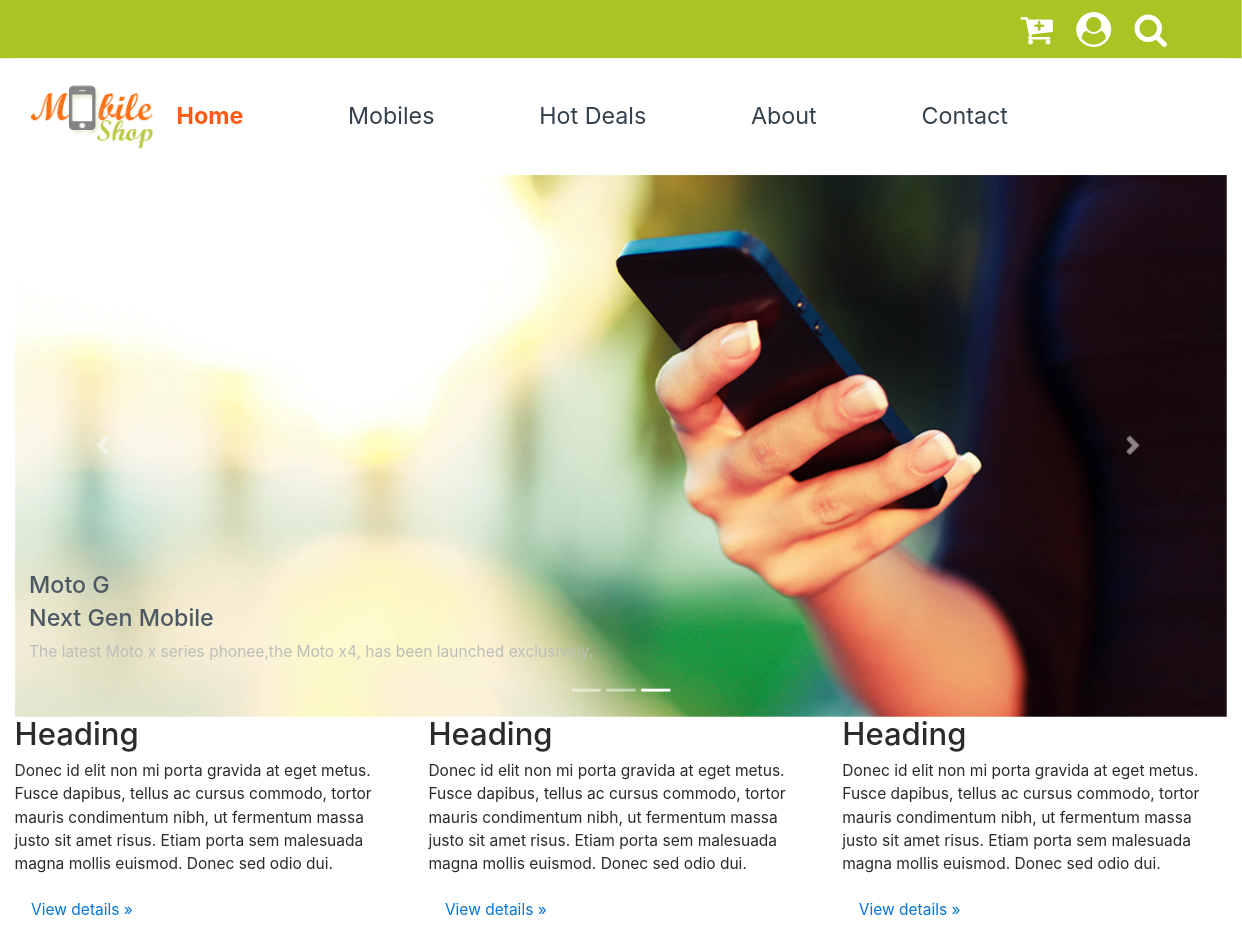
Repository: rajmohanr/mobile
Page: index.html
The author's editor kept a copy of each file at every save. The page is drawn from the files as they stood at one save, then again after the next save.
The browser window is 1280 px wide. The pictures show the whole page, at 97% of full size.

Above is the page before, as saved 2018-03-31 12:36:34.
Console error (its wording comes from the project's code and is left out).

### index.html
<!DOCTYPE html>
<html lang="en">
  <head>
    <meta charset="utf-8">
    <meta http-equiv="X-UA-Compatible" content="IE=edge">
    <meta name="viewport" content="width=device-width, initial-scale=1">

    <title>Bootstrap 4, from LayoutIt!</title>

    <meta name="description" content="Source code generated using layoutit.com">
    <meta name="author" content="LayoutIt!">

    <link href="css/bootstrap.min.css" rel="stylesheet">
	<link href="css/style.css" rel="stylesheet">
	<link rel="stylesheet" href="https://cdnjs.cloudflare.com/ajax/libs/font-awesome/4.7.0/css/font-awesome.min.css">

  </head>
  <body>

    <div class="container-fluid">
	<div class="row">
		<div class="col-md-12">
			<div class="row">
				<div class="col-md-12 top-bar">
					<a href="#" class="top-bar-icons last-icon"><i class="fa fa-search"  style="font-size:36px;color:white;"></i></a>
					<a href="#" class="top-bar-icons"><i class="fa fa-user-circle"  style="font-size:36px;color:white;"></i></a>
					<a href="#" class="top-bar-icons"><i class="fa fa-cart-plus"  style="font-size:36px;color:white;"></i></a>
				</div>
			</div>
			<nav class="navbar navbar-toggleable-md navbar-light bg-faded">

				<button class="navbar-toggler navbar-toggler-right" type="button" data-toggle="collapse" data-target="#bs-example-navbar-collapse-1">
					<span class="navbar-toggler-icon"></span>
				</button> <a class="navbar-brand" href="#"><img src="images/logo.png" /></a>
				<div class="collapse navbar-collapse" id="bs-example-navbar-collapse-1">
					<ul class="navbar-nav float-md-right">
						<li class="nav-item active">
							 <a class="nav-link" href="#">Home <span class="sr-only">(current)</span></a>
						</li>
						<li class="nav-item">
							 <a class="nav-link" href="#">Mobiles</a>
						</li>
						<li class="nav-item">
								<a class="nav-link" href="#">Hot Deals</a>
						</li>
						<li class="nav-item">
								<a class="nav-link" href="#">About</a>
						</li>
						<li class="nav-item">
								<a class="nav-link" href="#">Contact</a>
						</li>
					</ul>
				</div>
			</nav>

			<div class="row">
				<div class="col-md-12">
					<div class="carousel slide" id="carousel-452932">
						<ol class="carousel-indicators">
							<li data-slide-to="0" data-target="#carousel-452932">
							</li>
							<li data-slide-to="1" data-target="#carousel-452932">
							</li>
							<li data-slide-to="2" data-target="#carousel-452932" class="active">
							</li>
						</ol>
						<div class="carousel-inner">
							<div class="carousel-item">
								<img class="d-block w-100" alt="Carousel Bootstrap First" src="images/carosuel.png" />
								<div class="carousel-caption">
									<h4>
										Moto G
									</h4>
									<h4>
										Next Gen Mobile
									</h4>
									<p>
										The latest Moto x series phonee,the Moto x4, has been launched exclusively.
									</p>
								</div>
							</div>
							<div class="carousel-item">
								<img class="d-block w-100" alt="Carousel Bootstrap Second" src="images/carosuel.png" />
								<div class="carousel-caption">
									<h4>
										Moto G
									</h4>
									<h4>
										Next Gen Mobile
									</h4>
									<p>
										The latest Moto x series phonee,the Moto x4, has been launched exclusively.
									</p>
								</div>
							</div>
							<div class="carousel-item active">
								<img class="d-block w-100" alt="Carousel Bootstrap Third" src="images/carosuel.png" />
								<div class="carousel-caption">
									<h4>
										Moto G
									</h4>
									<h4>
										Next Gen Mobile
									</h4>
									<p>
										The latest Moto x series phonee,the Moto x4, has been launched exclusively.
									</p>
								</div>
							</div>
						</div> <a class="carousel-control-prev" href="#carousel-452932" data-slide="prev"><span class="carousel-control-prev-icon"></span> <span class="sr-only">Previous</span></a> <a class="carousel-control-next" href="#carousel-452932" data-slide="next"><span class="carousel-control-next-icon"></span> <span class="sr-only">Next</span></a>
					</div>
				</div>
			</div>

		</div>
	</div>
	<div class="row">
		<div class="col-md-4">
			<h2>
				Heading
			</h2>
			<p>
				Donec id elit non mi porta gravida at eget metus. Fusce dapibus, tellus ac cursus commodo, tortor mauris condimentum nibh, ut fermentum massa justo sit amet risus. Etiam porta sem malesuada magna mollis euismod. Donec sed odio dui.
			</p>
			<p>
				<a class="btn" href="#">View details »</a>
			</p>
		</div>
		<div class="col-md-4">
			<h2>
				Heading
			</h2>
			<p>
				Donec id elit non mi porta gravida at eget metus. Fusce dapibus, tellus ac cursus commodo, tortor mauris condimentum nibh, ut fermentum massa justo sit amet risus. Etiam porta sem malesuada magna mollis euismod. Donec sed odio dui.
			</p>
			<p>
				<a class="btn" href="#">View details »</a>
			</p>
		</div>
		<div class="col-md-4">
			<h2>
				Heading
			</h2>
			<p>
				Donec id elit non mi porta gravida at eget metus. Fusce dapibus, tellus ac cursus commodo, tortor mauris condimentum nibh, ut fermentum massa justo sit amet risus. Etiam porta sem malesuada magna mollis euismod. Donec sed odio dui.
			</p>
			<p>
				<a class="btn" href="#">View details »</a>
			</p>
		</div>
	</div>
	<div class="row">
		<div class="col-md-12">
		</div>
	</div>
</div>

    <script src="js/jquery.min.js"></script>
    <script src="js/bootstrap.min.js"></script>
    <script src="js/scripts.js"></script>
  </body>
</html>

### css/style.css
.top-bar{
    height: 60px;
    background-color: #acc324;
}

.top-bar-icons{
    float: right;
    padding: 12px;
    position: relative;
}

.last-icon{
    margin-right: 50px;
}

.navbar{
    height: 120px;
    background-color: #fff;
}

.navbar-light .navbar-nav .active>.nav-link, .navbar-light .navbar-nav .nav-link.active, .navbar-light .navbar-nav .nav-link.open, .navbar-light .navbar-nav .open>.nav-link{
    color: #ff5912!important;
    font-weight: bold;
    font-size: 24px;
}

.navbar-nav .nav-link{
    padding-right: 100px!important;
}

.navbar-light .navbar-nav .nav-link{
    color: #34404b!important;
    font-size: 24px;
}

.carousel-caption{
    text-align: left!important;
    left: 15px!important;
}

.carousel-caption h4{
    color: #ff5912!important;
}

.carousel-caption h4{
    color: #4C5963!important;
}

.carousel-caption p{
    color: #BBBEB8!important;
}

Loaded but not shown: css/bootstrap.min.css (library); js/jquery.min.js (library); js/bootstrap.min.js (library); js/scripts.js (common file)

After the next save:
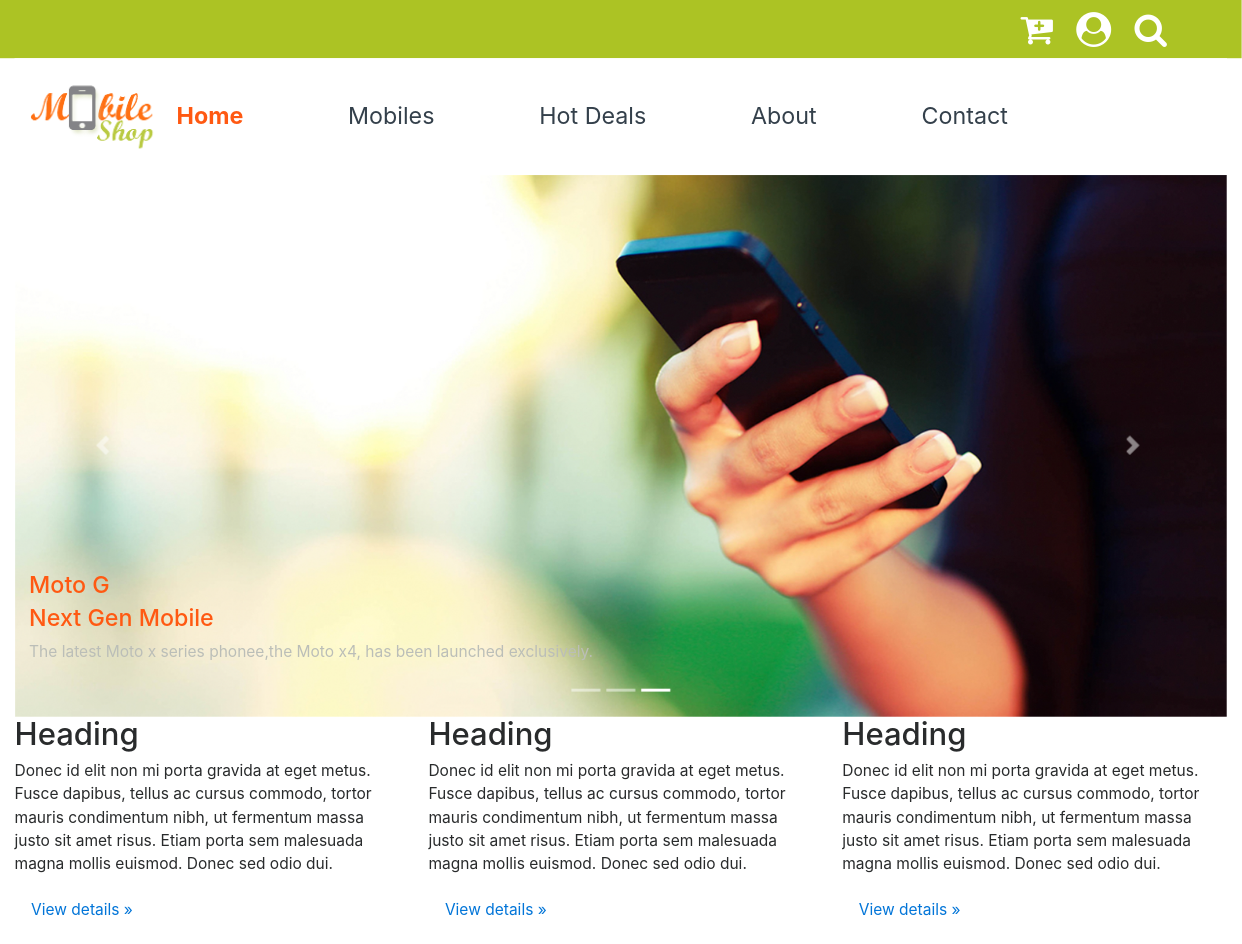
Saved 22 s later.
--- a/css/style.css
+++ b/css/style.css
@@ -42,7 +42,7 @@
     color: #ff5912!important;
 }
 
-.carousel-caption h4{
+.carousel-caption h3{
     color: #4C5963!important;
 }
 
